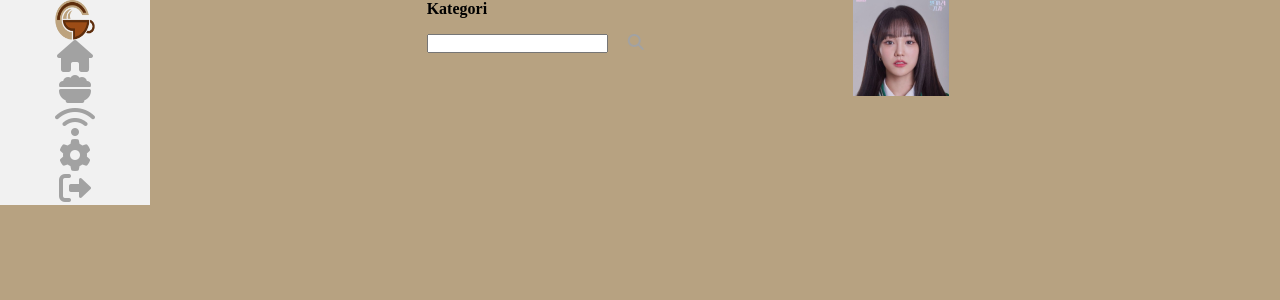
Repository: DanielChuaaa/sbd2
Page: index.html
These files come from the project's save history. The page is drawn as it stood at one moment and after the next save; the edit follows.
The browser window is 1280 px wide. The pictures show the whole page.
Some web libraries are served in a nearby version.

Above is the page before, as saved 2023-10-20 10:10:56.

### index.html
<!DOCTYPE html>
<html lang="en">
<head>
    <meta charset="UTF-8">
    <meta name="viewport" content="width=device-width, initial-scale=1.0">
    <title>Document</title>
    <link href="https://fonts.googleapis.com/css2?family=Roboto+Mono:wght@400;600;700&display=swap" rel="stylesheet" />
    <link
      rel="stylesheet"
      href="https://cdnjs.cloudflare.com/ajax/libs/font-awesome/6.1.2/css/all.min.css"
      integrity="sha512-1sCRPdkRXhBV2PBLUdRb4tMg1w2YPf37qatUFeS7zlBy7jJI8Lf4VHwWfZZfpXtYSLy85pkm9GaYVYMfw5BC1A=="
      crossorigin="anonymous"
      referrerpolicy="no-referrer"
    />
    <link rel="stylesheet" href="style.css">
</head>
<body>
    <div class="container">
        <div class="grid-wrapper">
            <div class="icon">
                <img src="/assets/logo projek SBD 1.png" width="40px" height="40px" alt="logo">
                <a href="#"><i class="fa-solid fa-house fa-2xl"></i></a>
                <a href="#"><i class="fa-solid fa-bowl-food fa-2xl"></i></a>
                <a href="#"><i class="fa-solid fa-wifi fa-2xl"></i></a>
                <a href="#"><i class="fa-solid fa-gear fa-2xl"></i></a>
                <a href="#"><i class="fa-solid fa-right-from-bracket fa-2xl"></i></a>
            </div>

            <div class="content">
                <div class="nav">
                    <h4>Kategori</h4>
                    <input type="text" name="text" id="text">
                    <i class="fa-solid fa-magnifying-glass"></i>
                </div>

                <div class="menu"></div>
            </div>

            <div class="order">
                <img src="/assets/g_8___8_idola_cantik_berbakat_alumni_sm_entertainment_yang_sudah_debut_di_girlgroup_agensi_lain_p_eks_sm_trainee-20220408-001-non_fotografer_kly 1.png" alt="">
            </div>
        </div>
    </div>
</body>
</html>

### style.css
:root{
    --clr-primary-100: #B7A281;

    --clr-neutral-100: #A2A2A2;
    --clr-neutral-200: #D9D9D9;
    --clr-neutral-300: #F8F8F8;
    --clr-neutral-400: #f1f1f1;

    --ff: "Roboto Mono", monospace;

    --fw-regular: 400;
    --fw-semi-bold: 600;
    --fw-bold: 700;
}

*{
    box-sizing: border-box;
    margin: 0;
    padding: 0;
}

body{
    background-color: #B7A281;
}

.grid-wrapper{
    display: grid;
    grid-template-columns: 1fr 1fr 1fr;
}

.icon{
    background: var(--clr-neutral-400);

    display: flex;
    flex-direction: column;
    justify-content: space-evenly;
    align-items: center;
    max-width: 150px;
}

.fa-solid{
    color: var(--clr-neutral-100);
    padding: 1rem;
}

After the next save:
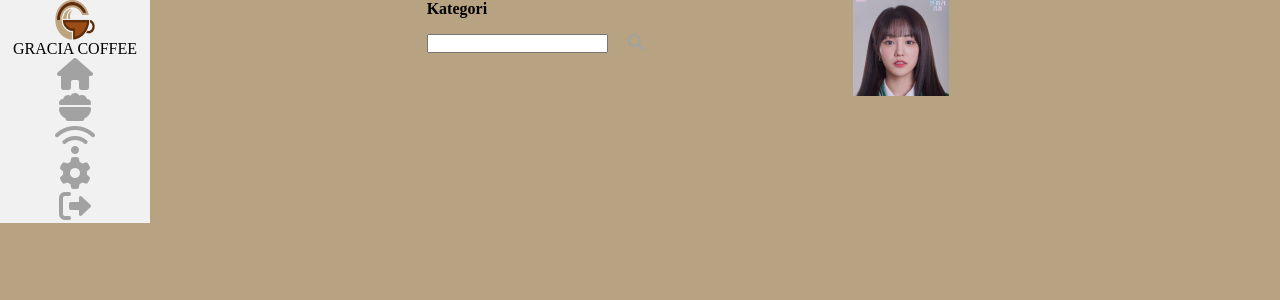
Saved 39 s later.
--- a/index.html
+++ b/index.html
@@ -19,6 +19,7 @@
         <div class="grid-wrapper">
             <div class="icon">
                 <img src="/assets/logo projek SBD 1.png" width="40px" height="40px" alt="logo">
+                <p>GRACIA COFFEE</p>
                 <a href="#"><i class="fa-solid fa-house fa-2xl"></i></a>
                 <a href="#"><i class="fa-solid fa-bowl-food fa-2xl"></i></a>
                 <a href="#"><i class="fa-solid fa-wifi fa-2xl"></i></a>
